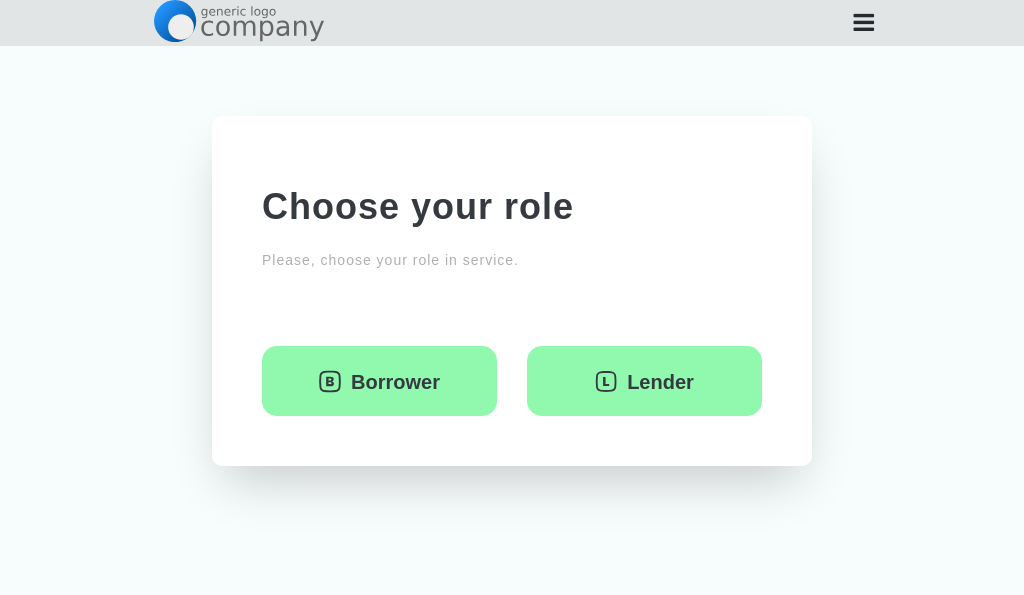
Repository: Andriy-Ma/widgetTask
Page: /
An editor plug-in stored every save of this project. The page is shown before and after the next save, followed by the edit.
The browser window is 1024 px wide. The pictures show the whole page.
The page's requests for data from a server got no answer. Some web fonts or font styles are not loaded; a fallback is used. The project was rebuilt for these pictures with package versions that can differ from the ones it lists, and the page was loaded fresh each time. No one was signed in, and anything a server would have sent is missing. Also part of the build but not shown: src/components/Main/SelectedRoleForm/selectedRoleForm.module.css, src/components/Main/SelectedRoleForm/selectedRoleForm.jsx, src/components/Main/AgreeForm/agreeForm.module.css, src/components/Main/AgreeForm/agreeForm.jsx.

Above is the page before, as saved 2022-08-30 15:13:29.

After the next save:
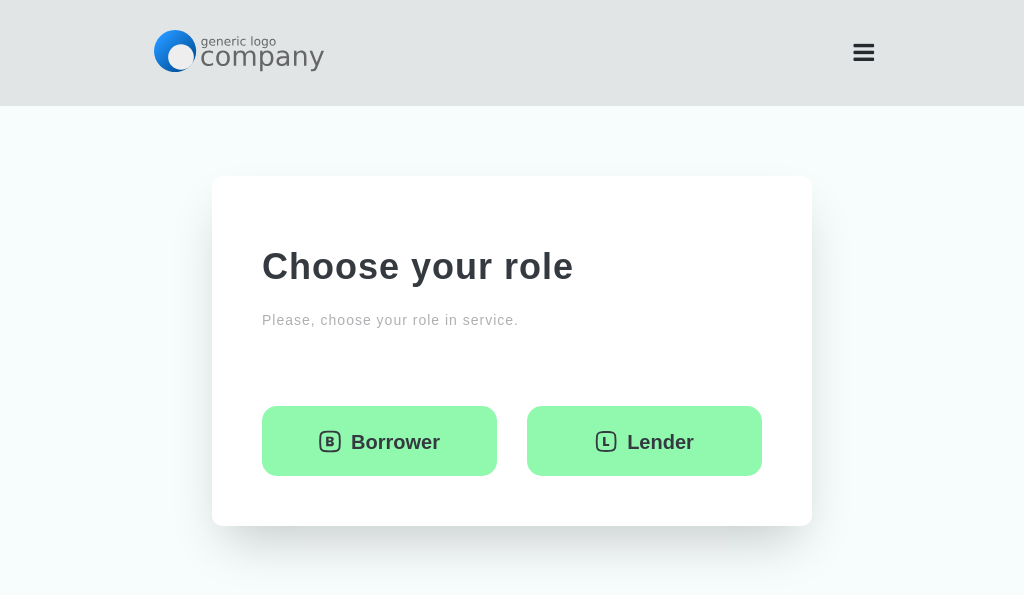
Saved 33 s later.
--- a/src/components/Header/header.module.css
+++ b/src/components/Header/header.module.css
@@ -110,6 +110,7 @@
     .header {
         padding-top: 30px;
         background-color: #b7b7b755;
-        padding: 0% 15%;
+        padding: 30px 15%;
+        p
     }
   }
